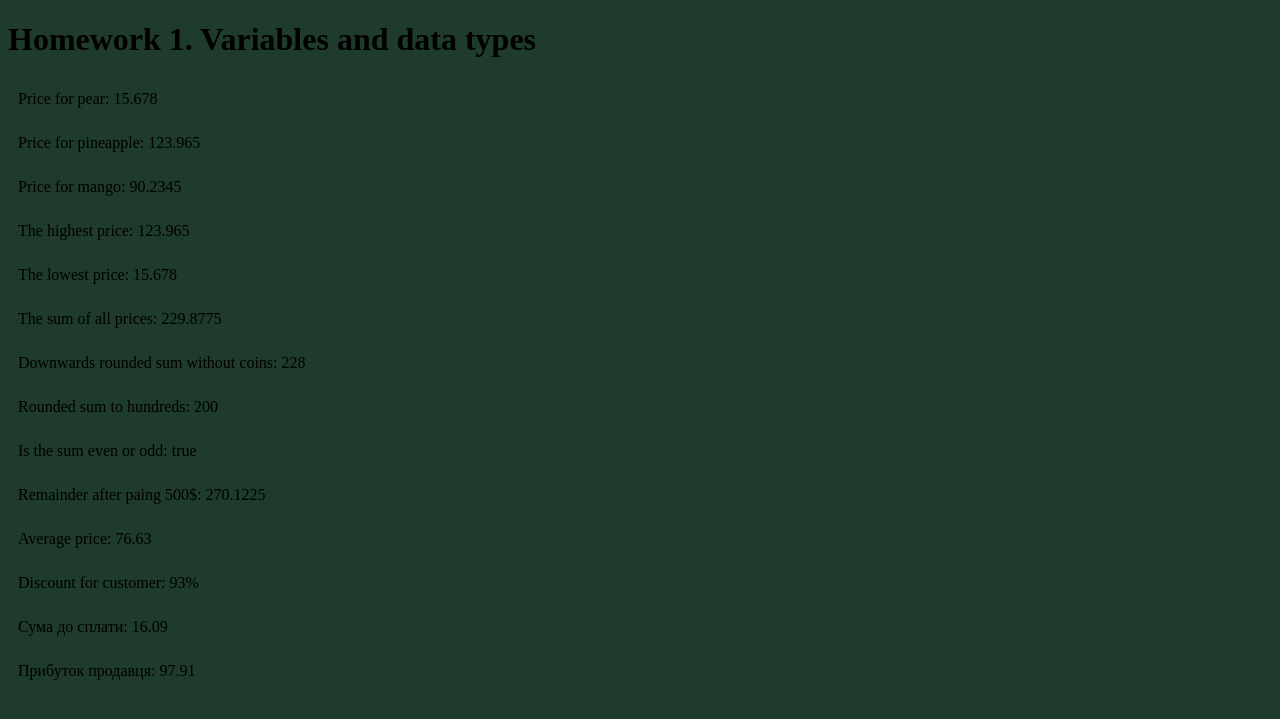
Repository: mariiastetsko/cursor-js-hw
Page: HW1/index.html
The author's editor kept a copy of each file at every save. The page is drawn from the files as they stood at one save, then again after the next save.
The browser window is 1280 px wide. The pictures show the whole page.

Above is the page before, as saved 2020-07-22 22:50:35.

### HW1/index.html
<!DOCTYPE html>
<html lang="en">
  <head>
    <meta charset="UTF-8" />
    <meta name="viewport" content="width=device-width, initial-scale=1.0" />
    <title>HW1. Variables and data types</title>
    <style>
      body {background-color: #1f3b2c;
    color: }
      p {padding: 10px 0px 0px 10px;}
    </style>
  </head>
  <body>
    <div>
      <h1>Homework 1. Variables and data types</h1>
      <span id="barvaToHtml"></span>
    </div>
    <script type="text/javascript" src="./script.js"></script>
  </body>
</html>

### HW1/script.js
//Prices for products
const pear = 15.678;
const pineapple = 123.965;
const mango = 90.2345;

//max price
const maxPrice = Math.max(pear, pineapple, mango);
//min price
const minPrice = Math.min(pear, pineapple, mango);

const fruitSum = pear + pineapple + mango;

//downwards rounded sum of the fruit without coins
const sumWithoutCoins = Math.trunc(
  Math.floor(pear) + Math.floor(pineapple) + Math.floor(mango)
);

//round sum to hundreds
const roundedSum = Math.round(fruitSum / 100) * 100;

//proof sum -> even or odd
const isEven = roundedSum % 2 === 0 ? 'true' : 'false';

//remainder after paing 500 euro
const remainder = 500 - fruitSum;

//average price
const average = fruitSum / 3;
const roundedAverage = average.toFixed(2);

const discount = Math.floor(Math.random() * 99) + 1;

const toPay = (fruitSum - (fruitSum * discount) / 100).toFixed(2);

const primecost = sumWithoutCoins / 2;

const netProfit = primecost - toPay;

const output = document.getElementById("barvaToHtml");

output.innerHTML = `
<p>Price for pear: ${pear}</p>
<p>Price for pineapple: ${pineapple}</p>
<p>Price for mango: ${mango}</p>
<p>The highest price: ${maxPrice}</p>
<p>The lowest price: ${minPrice}</p>
<p>The sum of all prices: ${fruitSum}</p>
<p>Downwards rounded sum without coins: ${sumWithoutCoins}</p>
<p>Rounded sum to hundreds: ${roundedSum}</p>
<p>Is the sum even or odd: ${isEven}</p>
<p>Remainder after paing 500$: ${remainder}</p>
<p>Average price: ${roundedAverage}</p>
<p>Discount for customer: ${discount}%</p>
<p>Сума до сплати: ${toPay}</p>
<p>Прибуток продавця: ${netProfit}</p>
`;

//document.body.innerHTML

After the next save:
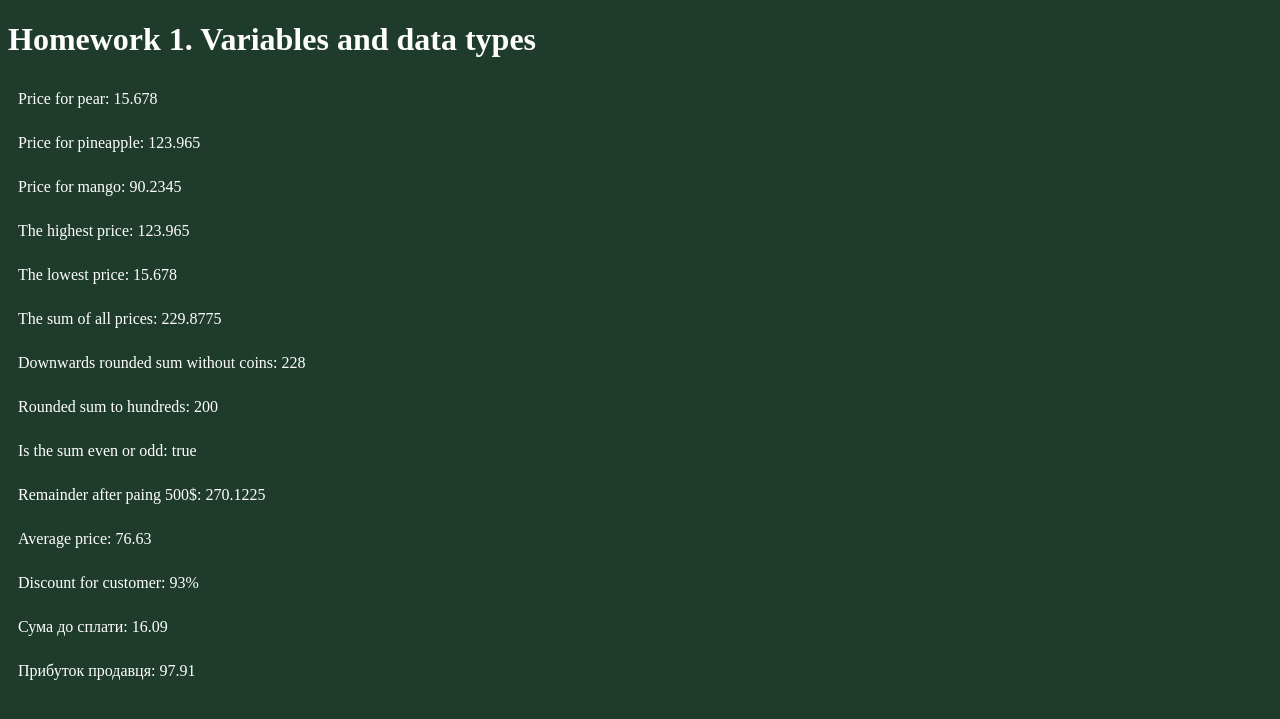
Saved 5 s later.
--- a/HW1/index.html
+++ b/HW1/index.html
@@ -6,7 +6,7 @@
     <title>HW1. Variables and data types</title>
     <style>
       body {background-color: #1f3b2c;
-    color: }
+    color: #fff}
       p {padding: 10px 0px 0px 10px;}
     </style>
   </head>

After the 6 saves that followed:
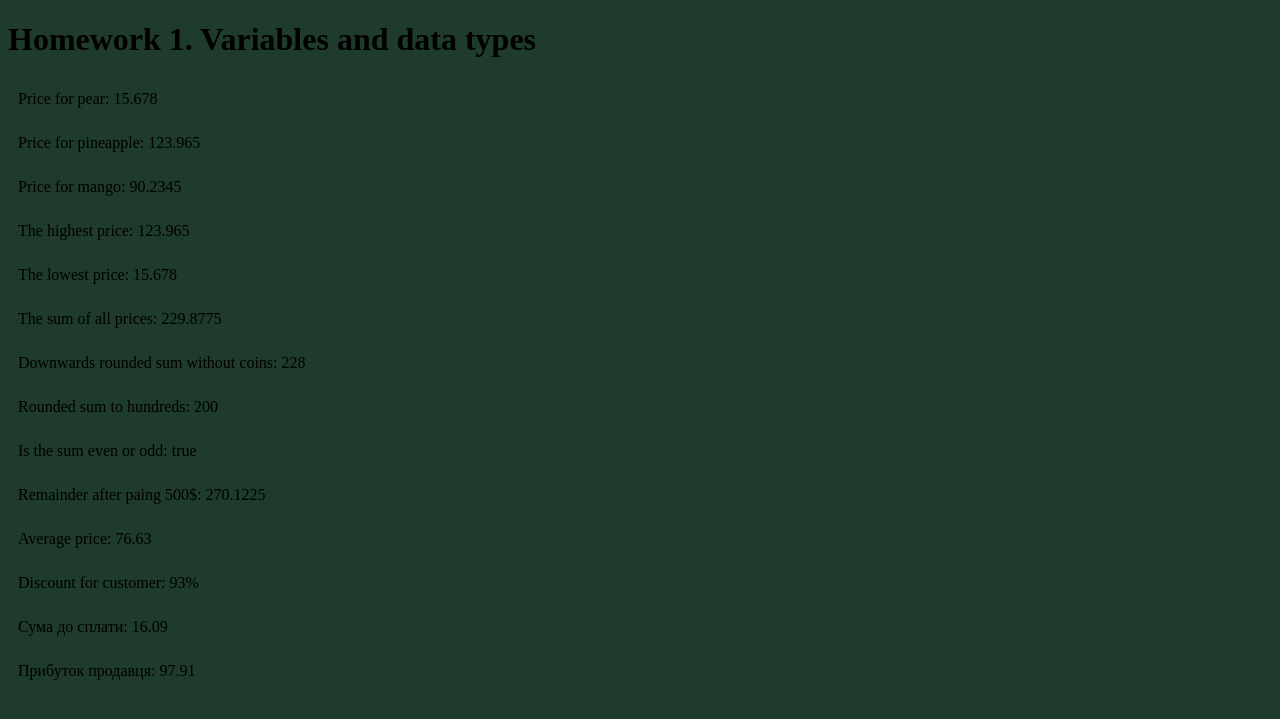
The 6 saves are shown as one change because 1 left the picture as it was and some came seconds apart.
The last was saved 112 s later.
--- a/HW1/index.html
+++ b/HW1/index.html
@@ -6,7 +6,8 @@
     <title>HW1. Variables and data types</title>
     <style>
       body {background-color: #1f3b2c;
-    color: #fff}
+    color: #fff
+font-fa}
       p {padding: 10px 0px 0px 10px;}
     </style>
   </head>
--- a/HW1/script.js
+++ b/HW1/script.js
@@ -52,7 +52,7 @@ output.innerHTML = `
 <p>Average price: ${roundedAverage}</p>
 <p>Discount for customer: ${discount}%</p>
 <p>Сума до сплати: ${toPay}</p>
-<p>Прибуток продавця: ${netProfit}</p>
+<p>Прибуток продавця: ${netProfit.toFixed(2)}</p>
 `;
 
 //document.body.innerHTML
